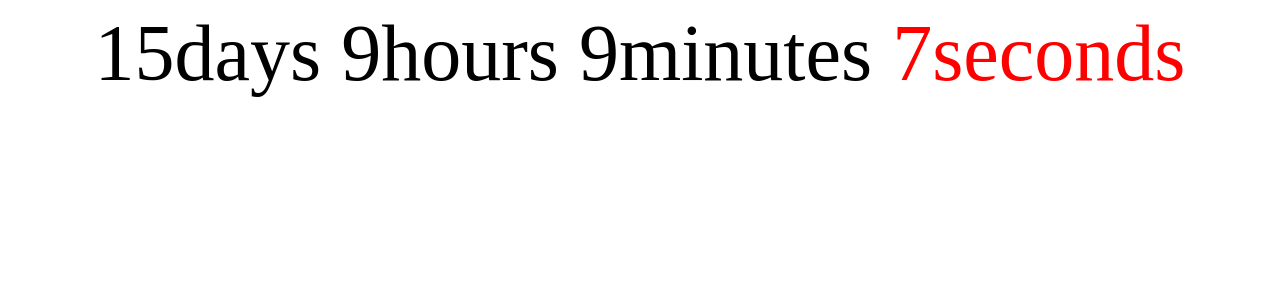
Repository: sinarinzifabrice/Events
Page: index.html
These files come from the project's save history. The page is drawn as it stood at one moment and after the next save; the edit follows.
The browser window is 1280 px wide. The pictures show the whole page.

Above is the page before, as saved 2024-05-16 09:47:18.

### index.html
<!DOCTYPE html>
<html lang="en">
<head>
  <meta charset="UTF-8">
  <meta name="viewport" content="width=device-width, initial-scale=1.0">
  <title>Countdown Timer</title>
  <style>
    #countdown {
      font-size: 5em;
      text-align: center;
    }
    .red {
      color: red;
    }
  </style>
</head>
<body>


   <div id="countdown"></div>



<script>
  // Set the date we're counting down to
  var countDownDate = new Date("May 29, 2024 19:00:00").getTime();

  // Update the countdown every 1 second
  var x = setInterval(function() {

    // Get the current date and time
    var now = new Date().getTime();

    // Calculate the remaining time
    var distance = countDownDate - now;

    // Calculate days, hours, minutes and seconds
    var days = Math.floor(distance / (1000 * 60 * 60 * 24));
    var hours = Math.floor((distance % (1000 * 60 * 60 * 24)) / (1000 * 60 * 60));
    var minutes = Math.floor((distance % (1000 * 60 * 60)) / (1000 * 60));
    var seconds = Math.floor((distance % (1000 * 60)) / 1000);

    // Display the countdown
    document.getElementById("countdown").innerHTML = days + "days " + hours + "hours "
    + minutes + "minutes <span class='red'>" + seconds + "seconds</span>";

    // If the countdown is over, display a message
    if (distance < 0) {
      clearInterval(x);
      document.getElementById("countdown").innerHTML = "EXPIRED";
    }
  }, 1000);
</script>

</body>
</html>

After the next save:
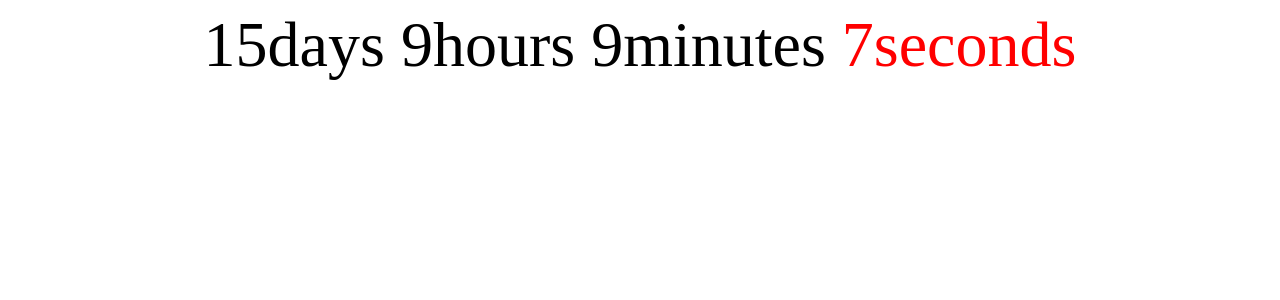
Saved 9 s later.
--- a/index.html
+++ b/index.html
@@ -6,7 +6,7 @@
   <title>Countdown Timer</title>
   <style>
     #countdown {
-      font-size: 5em;
+      font-size: 4em;
       text-align: center;
     }
     .red {
